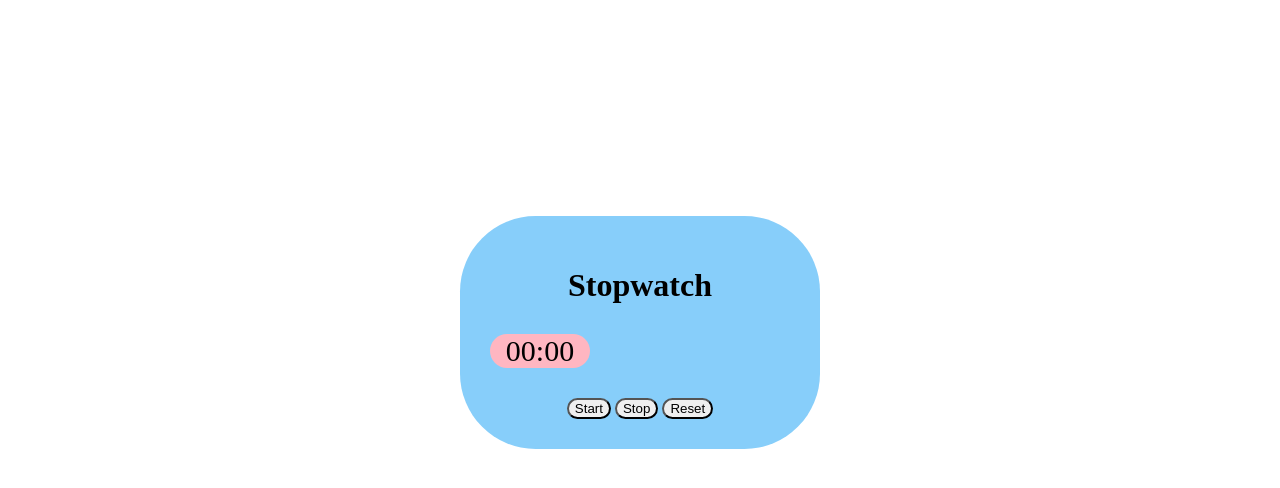
Repository: LeyaAbraham/web-dev
Page: clock.html
The author's editor kept a copy of each file at every save. The page is drawn from the files as they stood at one save, then again after the next save.
The browser window is 1280 px wide. The pictures show the whole page.

Above is the page before, as saved 2021-01-05 23:18:38.

After the next save:
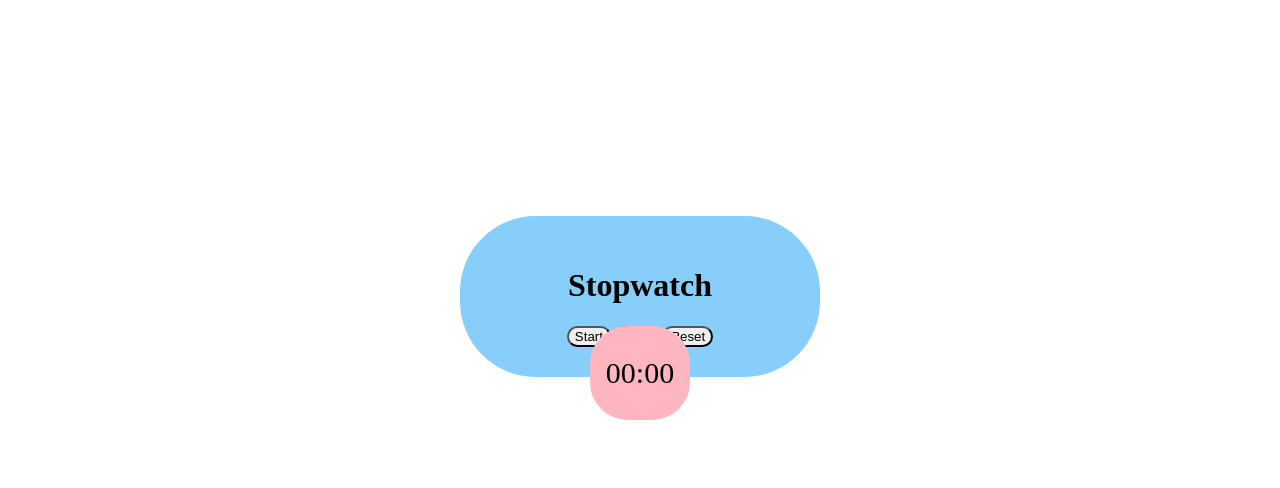
Saved 17 s later.
--- a/style.css
+++ b/style.css
@@ -29,4 +29,9 @@ p {
     width: 100px;
     border-radius: 1cm;
     text-align: center;
+    position: absolute;
+	left: 0;
+	right: 0;
+
+	margin: auto;
 }
